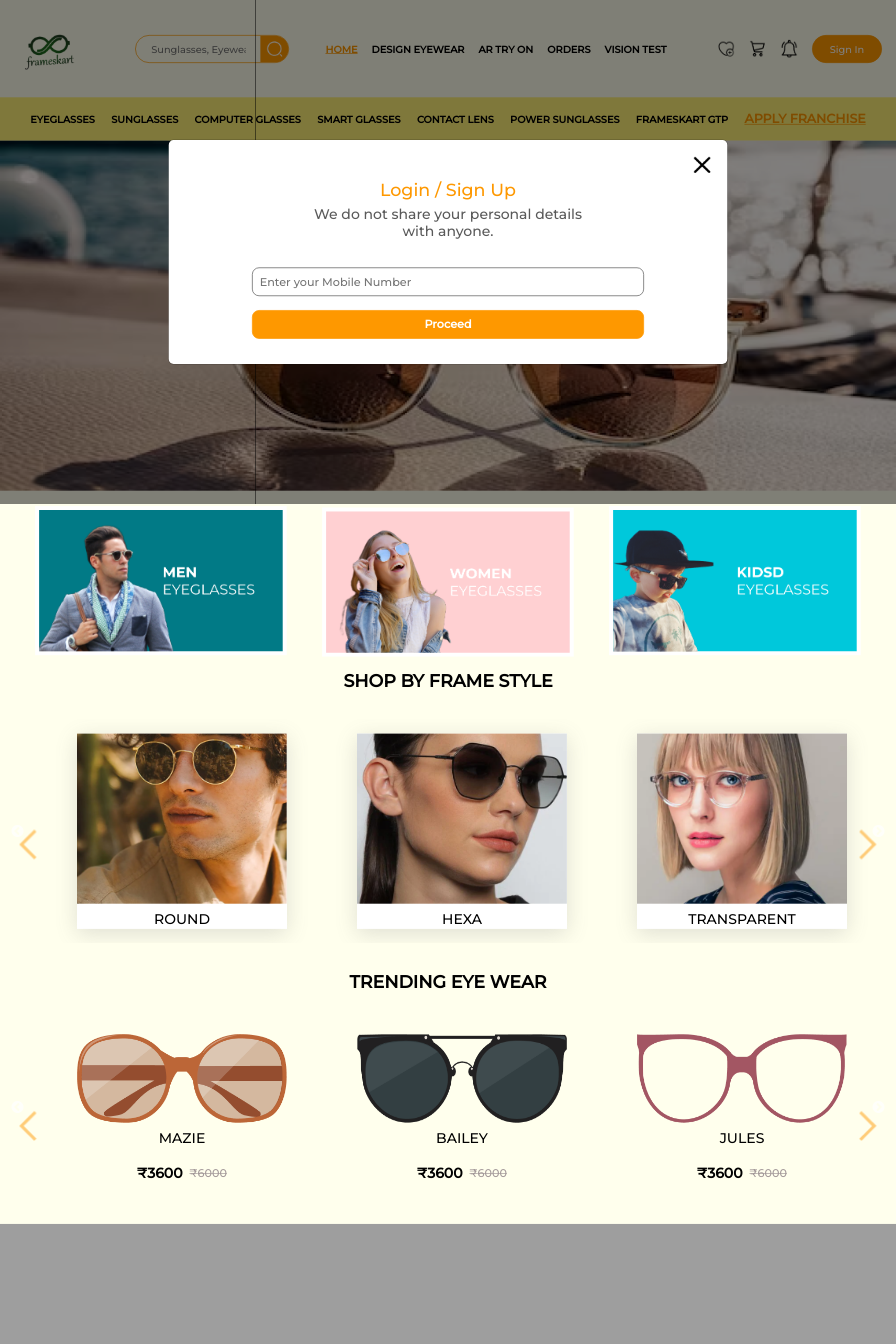
Repository: FlyweisReact/Frameskart
Page: /, after clicking the first element matching `button`
An editor plug-in stored every save of this project. The page is shown before and after the next save, followed by the edit.
The browser window is 1280 px wide. The pictures show the part of the page from y = 0 to 1920 px (the page is 12493 px tall), at 70% of full size.
Pictures or frames that could not be fetched are drawn as grey boxes. The project was rebuilt for these pictures with package versions that can differ from the ones it lists, and the page was loaded fresh each time.

Above is the page before, as saved 2023-10-23 13:06:54.

### public/index.html
<!-- @format -->

<!DOCTYPE html>
<html lang="en">
  <head>
    <meta charset="utf-8" />
    <link rel="icon" href="%PUBLIC_URL%/favicon.ico" />
    <meta name="viewport" content="width=device-width, initial-scale=1" />
    <meta name="theme-color" content="#000000" />
    <meta
      name="description"
      content="Web site created using create-react-app"
    />
    <link rel="apple-touch-icon" href="%PUBLIC_URL%/logo192.png" />
    <link rel="manifest" href="%PUBLIC_URL%/manifest.json" />
    <link rel="preconnect" href="https://fonts.googleapis.com" />
    <link rel="preconnect" href="https://fonts.gstatic.com" crossorigin />
    <link
      href="https://fonts.googleapis.com/css2?family=Montserrat:wght@500&display=swap"
      rel="stylesheet"
    />
    <title>React App</title>
  </head>
  <body>
    <noscript>You need to enable JavaScript to run this app.</noscript>
    <div id="root"></div>
  </body>
</html>

### src/index.js
import React from 'react';
import ReactDOM from 'react-dom/client';
import './index.css';
import App from './App';
import 'bootstrap/dist/css/bootstrap.min.css';
import "slick-carousel/slick/slick.css";
import "slick-carousel/slick/slick-theme.css";

const root = ReactDOM.createRoot(document.getElementById('root'));
root.render(
  <React.StrictMode>
    <App />
  </React.StrictMode>
);

### src/index.css
body {
  margin: 0;
  font-family: -apple-system, BlinkMacSystemFont, 'Segoe UI', 'Roboto', 'Oxygen',
    'Ubuntu', 'Cantarell', 'Fira Sans', 'Droid Sans', 'Helvetica Neue',
    sans-serif;
  -webkit-font-smoothing: antialiased;
  -moz-osx-font-smoothing: grayscale;
  background-color: #FFFFED !important;
  margin: 0;
  padding: 0;
}

code {
  font-family: source-code-pro, Menlo, Monaco, Consolas, 'Courier New',
    monospace;
}

### src/App.js
/** @format */

import React from "react";
import { BrowserRouter, Route, Routes } from "react-router-dom";
import Home from "./Screen/Home";

// CSS
import './CSS/style.css'
import './CSS/Laptop.css'

const App = () => {
  return (
    <BrowserRouter>
      <Routes>
        <Route path="/" element={<Home />} />
      </Routes>
    </BrowserRouter>
  );
};

export default App;

### src/CSS/style.css
/** @format */
/* Navbar */
.Nav {
  padding: 20px;
}
.Nav .header {
  display: flex;
  justify-content: space-between;
  gap: 20px;
  align-items: center;
}

.Nav .header .logo {
  width: 100px;
}

.Nav .header .logo img {
  width: 100%;
}
.Nav .header .mid-div {
  display: flex;
  gap: 20px;
  align-items: center;
}
.Nav .header .mid-div ul {
  display: flex;
  gap: 20px;
  align-items: center;
  list-style: none;
  margin: 0;
}
.Nav .header .mid-div ul li {
  color: #000;
  text-align: center;
  font-family: Montserrat;
  font-size: 14px;
  font-style: normal;
  font-weight: 600;
  line-height: normal;
  text-transform: uppercase;
  cursor: pointer;
}

.Nav .header .mid-div ul li.active {
  color: #fe9800;
  text-decoration: underline;
}

.Nav .header .icons {
  display: flex;
  gap: 20px;
  align-items: center;
}
.Nav .header .icons img {
  width: 25px;
  cursor: pointer;
}
.Nav .header .icons button {
  width: 100px;
  border-radius: 30px;
  background: #fe9800;
  border: 1px solid #fe9800;
  color: #fff;
  text-align: center;
  font-family: Montserrat;
  font-size: 14px;
  font-style: normal;
  line-height: normal;
  cursor: pointer;
  padding: 10px;
}

.Nav .header .mid-div .search-div {
  display: flex;
  border-radius: 30px;
  border: 1px solid #fe9800;
  height: 40px;
  width: 220px;
  justify-content: space-between;
  padding-left: 20px;
}
.Nav .header .mid-div .search-div input {
  border: none;
  color: var(--Gray-lite, #a39999);
  text-align: center;
  font-family: Montserrat;
  font-size: 14px;
  font-style: normal;
  font-weight: 500;
  line-height: normal;
  outline: none;
  width: 70%;
  gap: 20px;
  background-color: transparent;
}
.Nav .header .mid-div .search-div div {
  border-radius: 0px 30px 30px 0px;
  background: #fe9800;
  width: 20%;
  display: flex;
  justify-content: center;
  align-items: center;
  padding: 10px;
}

/* Category Section */
.category-section {
  padding: 20px;
  background: rgba(255, 226, 0, 0.5);
}
.category-section ul {
  padding: 0;
  list-style: none;
  display: flex;
  justify-content: space-evenly;
  margin: 0;
  align-items: center;
}
.category-section ul li {
  color: #000;
  font-family: Montserrat;
  font-size: 14px;
  font-style: normal;
  font-weight: 600;
  line-height: normal;
  text-transform: uppercase;
  cursor: pointer;
}

.category-section ul li.apply {
  color: #fe9800;
  font-size: 18px;
  text-decoration-line: underline;
  font-weight: 700;
}

/* Banner */
.Single_Banner img {
  width: 100%;
  max-height: 500px;
  height: auto;
}

.category-banner {
  display: flex;
  justify-content: space-evenly;
  align-items: center;
  gap: 40px;
  flex-wrap: wrap;
  max-width: 1200px;
  margin: auto;
  margin-top: 20px;
}
.category-banner .Main {
  width: 30%;
}
.category-banner .Main img {
  max-width: 100%;
  width: auto;
  height: auto;
  display: block;
  margin: auto;
}
@media (max-width: 768px) {
  .category-banner {
    max-width: 100%;
  }
  .category-banner .Main {
    width: 100%;
  }
  .category-banner {
    padding: 0;
    gap: 10px;
  }
}

.carousel-container {
  width: 100%;
  overflow: hidden;
  padding: 20px;
}

.shop_slider {
  max-width: 1200px;
  display: block;
  margin: auto;
}
.shop_slider .Main {
  width: 300px !important;
  display: block !important;
  margin: auto !important;
  background-color: #fff;
  box-shadow: rgba(100, 100, 111, 0.2) 0px 7px 29px 0px;
}
.shop_slider .Main img {
  width: 100%;
  height: 243px;
  object-fit: cover;
}
.slider_Navigation_container .slick-list {
  height: 100%;
  padding: 20px !important;
}
.shop_slider .Main p {
  padding: 10px;
  text-align: center;
  color: #000;
  text-align: center;
  font-family: Montserrat;
  font-size: 20px;
  font-style: normal;
  line-height: normal;
  text-transform: uppercase;
  padding-bottom: 2px;
  margin: 0;
}
.shop_slider .Main .price {
  color: #fe9800;
  text-align: center;
  font-family: Montserrat;
  font-size: 18px;
  font-style: normal;
  font-weight: 600;
  line-height: normal;
}
.shop_slider .Main .logo {
  max-width: 100px;
  width: auto;
  margin: auto;
  max-height: 40px;
  height: auto;
  margin-top: 10px;
}

@media (max-width: 768px) {
  .carousel-container {
    padding: 0;
  }
  .shop_slider {
    width: 100% !important;
    padding: 0;
    max-width: 100%;
    padding: 20px;
  }
  .shop_slider .Main {
    width: 100% !important;
  }
  .shop_slider .Main img {
    width: 100% !important;
    height: 300px;
  }
  .slick-list {
    height: 100%;
    padding: 0 !important;
  }
  .shop_slider .Main .logo {
    max-height: auto;
    max-width: auto;
  }
}

.bold-heading {
  text-align: center;
  padding: 20px;
}
.bold-heading p {
  color: #000;
  font-family: Montserrat;
  font-size: 25px;
  font-style: normal;
  font-weight: 600;
  line-height: normal;
  text-transform: uppercase;
  margin: 0;
}

.eye_wear_slider {
  max-width: 1200px;
  margin: auto;
}

.eye_wear_slider .Main {
  width: 300px !important;
  display: block !important;
  margin: auto !important;
}
.eye_wear_slider .Main img {
  width: 100%;
  height: 127px;
}
.eye_wear_slider .Main p.title {
  padding: 10px;
  text-align: center;
  color: #000;
  text-align: center;
  font-family: Montserrat;
  font-size: 20px;
  font-style: normal;
  line-height: normal;
  text-transform: uppercase;
}

.eye_wear_slider .Main .price-container {
  display: flex;
  gap: 10px;
  align-items: center;
  justify-content: center;
}
.eye_wear_slider .Main .price-container p {
  margin: 0;
}
.eye_wear_slider .Main .price-container p.selling {
  color: #000;
  font-family: Montserrat;
  font-size: 20px;
  font-style: normal;
  font-weight: 600;
  line-height: normal;
}
.eye_wear_slider .Main .price-container p.mrp {
  color: #a39999;
  font-family: Montserrat;
  font-size: 16px;
  font-style: normal;
  font-weight: 500;
  line-height: normal;
  text-decoration-line: strikethrough;
  text-decoration: line-through;
}

@media (max-width: 768px) {
  .eye_wear_slider {
    width: 100% !important;
    padding: 0;
    max-width: 100%;
    padding: 20px;
  }
  .eye_wear_slider .Main {
    width: 100% !important;
  }
  .eye_wear_slider .Main img {
    width: 100% !important;
  }
}

.carousel-container_template {
  width: 100%;
  overflow: hidden;
  padding-top: 20px;
  padding-bottom: 20px;
}
.Template_Slider .Main {
  width: 100%;
}
.Template_Slider .Main img {
  max-height: 500px;
  width: 100%;
}

.cutted_Banner {
  max-width: 100%;
  margin: auto;
  /* padding: 40px; */
}

@media (max-width: 768px) {
  .cutted_Banner {
    max-width: 100%;
    padding: 0;
  }
}

.smart-series {
  display: flex;
  justify-content: space-evenly;
  align-items: center;
  gap: 10px;
  padding: 40px;
  flex-wrap: wrap;
  max-width: 1200px;
  margin: auto;
}
.smart-series .Main {
  width: 350px;
  background-color: #fff;
  box-shadow: rgba(0, 0, 0, 0.24) 0px 3px 8px;
}
.smart-series .Main img {
  display: block;
  margin: auto;
  width: 100%;
  height: 322px;
}
.smart-series .Main p {
  text-align: center;
  padding: 10px;
  color: #000;
  text-align: center;
  font-family: Montserrat;
  font-size: 20px;
  font-style: normal;
  font-weight: 500;
  line-height: normal;
  margin: 0;
}

@media (max-width: 768px) {
  .smart-series {
    max-width: 100%;
    padding: 10px;
  }
  .smart-series .Main {
    width: 100%;
  }
}

.premium_series {
  display: flex;
  justify-content: space-evenly;
  align-items: center;
  gap: 40px;
  padding: 40px;
  flex-wrap: wrap;
  max-width: 1200px;
  margin: auto;
}
.premium_series .Main {
  width: 30%;
  background-color: transparent;
}
.premium_series .Main img {
  display: block;
  margin: auto;
  width: 300px;
  height: 127px;
}
.premium_series .Main p {
  text-align: center;
  padding: 10px;
  padding-top: 30px;
  color: #000;
  text-align: center;
  font-family: Montserrat;
  font-size: 20px;
  font-style: normal;
  font-weight: 700;
  line-height: normal;
  margin: 0;
}
.premium_series .Main .price-container {
  display: flex;
  gap: 5px;
  align-items: center;
  justify-content: center;
}
.premium_series .Main .price-container p {
  margin: 0;
}
.premium_series .Main .price-container p.selling {
  color: #000;
  font-family: Montserrat;
  font-size: 20px;
  font-style: normal;
  font-weight: 600;
  line-height: normal;
}
.premium_series .Main .price-container p.mrp {
  color: #a39999;
  font-family: Montserrat;
  font-size: 16px;
  font-style: normal;
  font-weight: 500;
  line-height: normal;
  text-decoration-line: strikethrough;
  text-decoration: line-through;
}

@media (max-width: 768px) {
  .premium_series {
    max-width: 100%;
    padding: 10px;
  }
  .premium_series .Main {
    width: 100%;
  }
}

.store_two_section {
  display: flex;
  justify-content: space-evenly;
  flex-wrap: wrap;
  align-items: center;
  gap: 40px;
  max-width: 1200px;
  margin: auto;
  padding: 40px;
}

.store_two_section .Main {
  width: 45%;
}
.store_two_section .Main img {
  width: 100%;
}
.store_two_section .Main p {
  color: #000;
  font-family: Montserrat;
  font-size: 24px;
  font-style: normal;
  font-weight: 500;
  line-height: normal;
  margin: 0;
  padding: 10px;
  text-align: center;
  font-weight: bold;
}

.slider_Navigation_container {
  position: relative;
  max-width: 1200px;
  margin: auto;
}
.slider_Navigation_container .navigation {
  display: flex;
  justify-content: space-between;
  align-items: center;
}
.slider_Navigation_container .navigation img {
  cursor: pointer;
  width: 100px;
}
.slider_Navigation_container .navigation img.PrevImg {
  position: absolute;
  top: 40%;
  transform: translate(-50%);
  left: 0;
}
.slider_Navigation_container .navigation img.NextImg {
  position: absolute;
  top: 40%;
  transform: translate(-50%);
  right: 0;
  left: 100%;
}
@media (max-width: 768px) {
  .slider_Navigation_container .navigation {
    justify-content: center;
  }
  .slider_Navigation_container .navigation img.NextImg {
    position: relative;
    transform: none;
  }
  .slider_Navigation_container .navigation img.PrevImg {
    position: relative;
    transform: none;
  }
}

@media (max-width: 768px) {
  .store_two_section {
    max-width: 100%;
    padding: 10px;
  }
  .store_two_section .Main {
    width: 100%;
  }
}

.Visit_Store {
  max-width: 1200px;
  margin: auto;
  padding: 20px;
  display: flex;
  gap: 40px;
  background: #fff;
  box-shadow: 0px 4px 25px 0px rgba(0, 0, 0, 0.1);
  margin-top: 40px;
  margin-bottom: 20px;
}

.Visit_Store .left {
  width: 40%;
}
.Visit_Store .left img {
  width: 100%;
}
.Visit_Store .right h5 {
  color: #000;
  font-family: Montserrat;
  font-size: 32px;
  font-style: normal;
  font-weight: 500;
  line-height: normal;
}

.Visit_Store .right .search-div {
  display: flex;
  border-radius: 30px;
  border: 1px solid #fe9800;
  height: 40px;
  width: 380px;
  justify-content: space-between;
  padding-left: 20px;
  margin-top: 20px;
  margin-bottom: 20px;
}
.Visit_Store .right .search-div input {
  border: none;
  color: var(--Gray-lite, #a39999);
  text-align: center;
  font-family: Montserrat;
  font-size: 14px;
  font-style: normal;
  font-weight: 500;
  line-height: normal;
  outline: none;
  width: 70%;
  gap: 20px;
  background-color: transparent;
}
.Visit_Store .right .search-div div {
  border-radius: 0px 30px 30px 0px;
  background: #fe9800;
  width: 20%;
  display: flex;
  justify-content: center;
  align-items: center;
  padding: 10px;
}
.Visit_Store .right .content .title {
  overflow: hidden;
  color: #000;
  text-overflow: ellipsis;
  white-space: nowrap;
  font-family: Montserrat;
  font-size: 24px;
  font-style: normal;
  font-weight: 400;
  line-height: normal;
  margin-top: 20px;
}

.Visit_Store .right .content .desc {
  overflow: hidden;
  color: #a39999;
  white-space: nowrap;
  font-family: Montserrat;
  font-size: 20px;
  font-style: normal;
  font-weight: 400;
  line-height: normal;
}
.Visit_Store .right .content button {
  border-radius: 12px;
  background: #fe9800;
  color: #ededed;
  font-family: Montserrat;
  font-size: 18px;
  font-style: normal;
  font-weight: 500;
  line-height: normal;
  width: 300px;
  border: 1px solid #fe9800;
  padding: 10px;
  text-align: center;
  margin-top: 20px;
}

.Policy_Container {
  overflow: hidden;
  margin-top: 40px;
  margin-bottom: 20px;
  padding: 40px;
  background: #fff;
  box-shadow: 0px 0px 10px 0px rgba(0, 0, 0, 0.25);
}

.Policy_Container .policy_slider .Main {
  display: flex !important;
  gap: 10px;
  align-items: center;
  width: 250px !important;
  margin: auto;
}
.Policy_Container .policy_slider .Main img {
  width: 80px;
}
.Policy_Container .policy_slider .Main p {
  color: #505565;
  font-family: Montserrat;
  font-size: 16px;
  font-style: normal;
  font-weight: 500;
  line-height: normal;
  text-transform: uppercase;
}

/* Footer  */
.footer-container {
  margin-top: 40px;
  background: #333232;
}
.footer-container .footer {
  padding: 40px;
  display: flex;
  justify-content: space-evenly;
  align-items: flex-start;
}
.footer-container .footer h5 {
  color: #fff;
  font-family: Montserrat;
  font-size: 20px;
  font-style: normal;
  font-weight: 600;
  line-height: normal;
}

.footer-container .footer div {
  width: 20%;
}
.footer-container .footer div.first {
  width: 30%;
}
.footer-container .footer div .multiple-image {
  display: flex;
  gap: 20px;
  align-items: center;
  margin-top: 20px;
  margin-bottom: 20px;
}
.footer-container .footer div .multiple-image img {
  width: 40px;
}
.footer-container .footer div .desc {
  color: #fff;
  font-family: Montserrat;
  font-size: 14px;
  font-style: normal;
  font-weight: 400;
  line-height: normal;
  margin: 0;
  cursor: pointer;
  margin-top: 10px;
  text-overflow: ellipsis;
}

.footer-container .footer div ul {
  padding: 0;
  list-style: none;
}
.footer-container .footer div ul li {
  color: #fff;
  font-family: Montserrat;
  font-size: 14px;
  font-style: normal;
  font-weight: 500;
  line-height: normal;
  margin-top: 10px;
}
.footer-container .copyright {
  border-top: 1px solid #fff;
  padding: 10px;
}
.footer-container .copyright p {
  margin: 0;
  color: #fff;
  font-family: Montserrat;
  font-size: 16px;
  font-style: normal;
  font-weight: 500;
  line-height: normal;
  text-align: center;
}

/* Login Container */
.Login_Container {
  padding: 40px;
}
.Login_Container .close {
  display: flex;
  justify-content: flex-end;
}
.Login_Container .close img {
  width: 40px;
  height: 40px;
  cursor: pointer;
}

.Login_Container h5 {
  color: #fe9800;
  text-align: center;
  font-family: Montserrat;
  font-size: 25px;
  font-style: normal;
  font-weight: 500;
  line-height: normal;
}

.Login_Container .desc {
  color: #5a5a5a;
  text-align: center;
  font-family: Montserrat;
  font-size: 20px;
  font-style: normal;
  font-weight: 400;
  line-height: normal;
}
.Login_Container form {
 max-width: 600px;
  margin: auto;
  margin-top: 20px;
  padding: 20px;
}
.Login_Container form input {
  width: 100%;
  outline: none;
  border-radius: 10px;
  border: 1px solid #5a5a5a;
  padding: 10px;
  color: #000;
  font-family: Montserrat;
  font-size: 16px;
  font-style: normal;
  font-weight: 300;
  line-height: normal;
}
.Login_Container form button {
  border-radius: 10px;
  background: #fe9800;
  margin-top: 20px;
  width: 100%;
  padding: 10px;
  text-align: center;
  color: #fff;
  text-align: center;
  font-family: Montserrat;
  font-size: 16px;
  font-style: normal;
  font-weight: 600;
  line-height: normal;
  border: 1px solid #fe9800;
}

### src/CSS/Laptop.css
@media (max-width : 1200px) {
    .Nav{
        display: none;
    }

}

### src/Component/Banner.js
/** @format */

import React from "react";

const Banner = ({ img }) => {
  return (
    <div className="Single_Banner">
      <img src={img} alt="" />
    </div>
  );
};

export default Banner;

### src/Component/Heading.js
/** @format */

import React from "react";

const Heading = ({ title }) => {
  return (
    <div className="bold-heading">
      <p> {title} </p>
    </div>
  );
};

export default Heading;

### src/Component/PremiumSeries.js
/** @format */

import React from "react";

const PremiumSeries = ({ data }) => {
  return (
    <div className="premium_series">
      {data?.map((i, index) => (
        <div className="Main" key={`premium ${index}`}>
          <img src={i.img} alt="" />
          <p> {i.title} </p>
          {i.selling && i.mrp && (
            <div className="price-container">
              <p className="selling">₹ {i.selling}</p>
              <p className="mrp">₹{i.mrp} </p>
            </div>
          )}
        </div>
      ))}
    </div>
  );
};

export default PremiumSeries;

### src/Component/Slider/TemplateSlider.js
/** @format */

import Slider from "react-slick";

const TemplateSlider = () => {
  const data = [
    {
      img: "https://static1.lenskart.com/media/desktop/img/oct23/home/13-10-23/As%20seen%20on%20Desk.jpg",
    },
    {
      img: "https://static1.lenskart.com/media/desktop/img/oct23/web/maverick.gif",
    },
    {
      img: "https://static1.lenskart.com/media/desktop/img/May22/ojos-web.jpg",
    },
  ];

  const settings = {
    dots: false,
    infinite: true,
    speed: 500,
    slidesToShow: 1,
    slidesToScroll: 1,
    autoplay: true,
    autoplaySpeed: 3000,
    swipeToSlide: true,
    fade: true,
    responsive: [
      {
        breakpoint: 1024,
        settings: {
          slidesToShow: 3,
          slidesToScroll: 3,
          infinite: true,
          dots: true,
        },
      },
      {
        breakpoint: 600,
        settings: {
          slidesToShow: 2,
          slidesToScroll: 2,
          initialSlide: 2,
        },
      },
      {
        breakpoint: 480,
        settings: {
          slidesToShow: 1,
          slidesToScroll: 1,
        },
      },
    ],
  };

  return (
    <Slider {...settings} className="Template_Slider">
      {data?.map((i, index) => (
        <div className="Main" key={`template ${index}`}>
          <img src={i.img} alt="" />
        </div>
      ))}
    </Slider>
  );
};

export default TemplateSlider;

### src/Component/VisitStore.js
/** @format */

import React from "react";

const VisitStore = () => {
  return (
    <div className="Visit_Store">
      <div className="left">
        <img src="/Image/63.png" alt="" />
      </div>
      <div className="right">
        <h5>Visit Nearby Store</h5>
        <div className="search-div">
          <input type="text" placeholder="Sunglasses, Eyewear Frames" />
          <div>
            <img src="/Image/searchIcon.png" alt="" />
          </div>
        </div>
        <div className="content">
          <p className="title"> Kanpur Sisamau</p>
          <p className="desc">Sisamau , P Road Kanpur...</p>
          <button>Direction</button>
        </div>
      </div>
    </div>
  );
};

export default VisitStore;

### src/Component/Category.js
/** @format */

import React from "react";

const Category = () => {
  return (
    <div className="category-section">
      <ul>
        <li>EYEGLASSES</li>
        <li>SUNGLASSES</li>
        <li>COMPUTER GLASSES</li>
        <li>Smart Glasses</li>
        <li>CONTACT LENS</li>
        <li>POWER SUNGLASSES</li>
        <li>Frameskart GTP</li>
        <li className="apply"> Apply Franchise</li>
      </ul>
    </div>
  );
};

export default Category;

### src/Component/Modal/LoginModal.js
/** @format */

import React from "react";
import { Modal } from "react-bootstrap";

export function LoginModal(props) {
  return (
    <Modal
      {...props}
      size="lg"
      aria-labelledby="contained-modal-title-vcenter"
      centered
    >
      <Modal.Body className="Login_Container">
        <div className="close">
          <img src="/Image/close.png" alt="" />
        </div>
        <h5>Login / Sign Up</h5>
        <p className="desc">
          We do not share your personal details <br /> with anyone.
        </p>
        <form>
          <input type="tel" placeholder="Enter your Mobile Number" />
          <button>Proceed</button>
        </form>
      </Modal.Body>
    </Modal>
  );
}

Loaded but not shown: src/Screen/Home.js (479 lines, source omitted); src/Footer/Footer.js (85 lines, source omitted); src/Component/Slider/EyeWearSlider.js (122 lines, source omitted); src/Component/Slider/ShopSlider.js (83 lines, source omitted); src/Component/Policy.js (93 lines, source omitted); src/Navbar/Navbar.js (54 lines, source omitted)

After the next save:
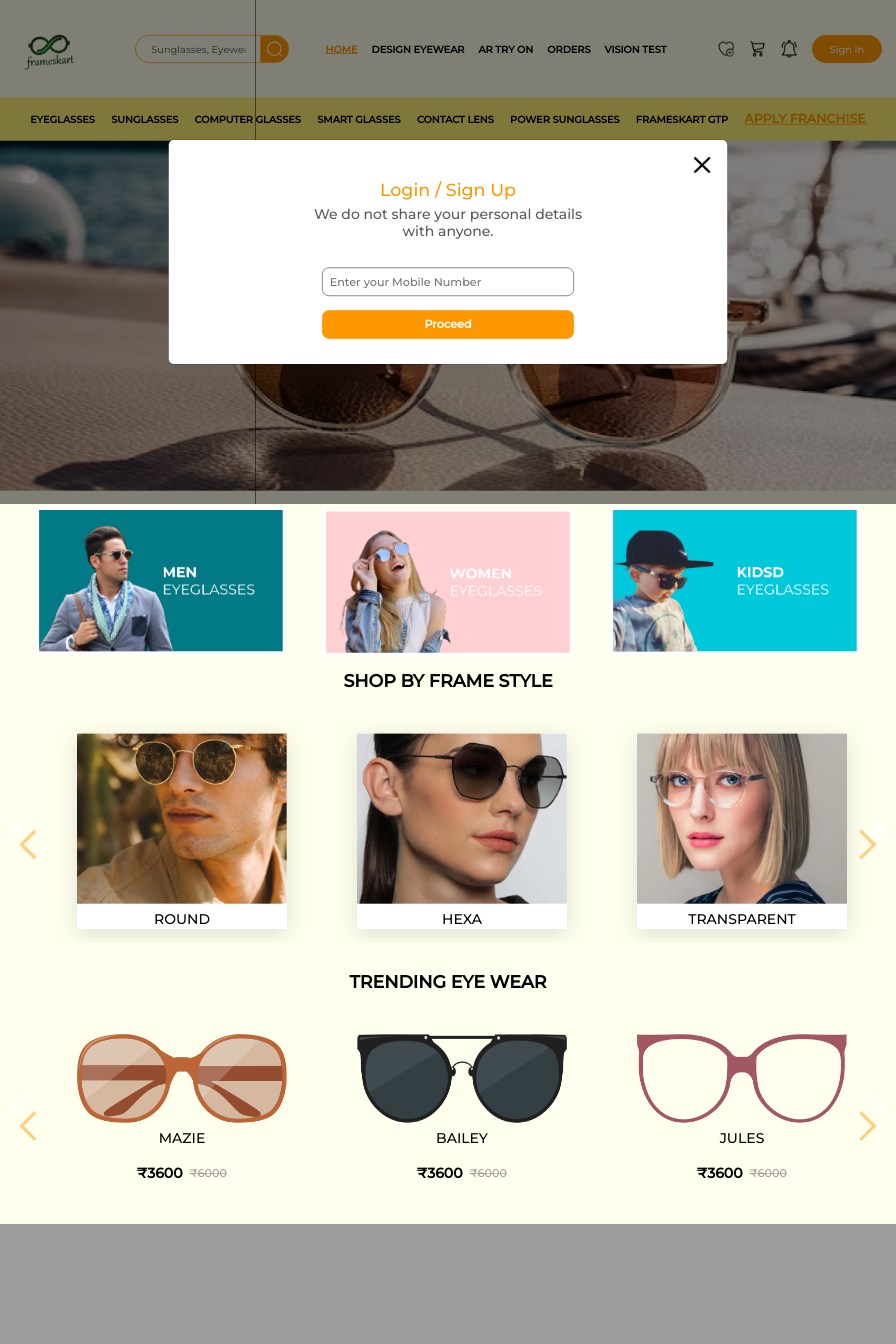
Saved 4 s later.
--- a/src/CSS/style.css
+++ b/src/CSS/style.css
@@ -806,7 +806,7 @@
   line-height: normal;
 }
 .Login_Container form {
- max-width: 600px;
+ max-width: 400px;
   margin: auto;
   margin-top: 20px;
   padding: 20px;
